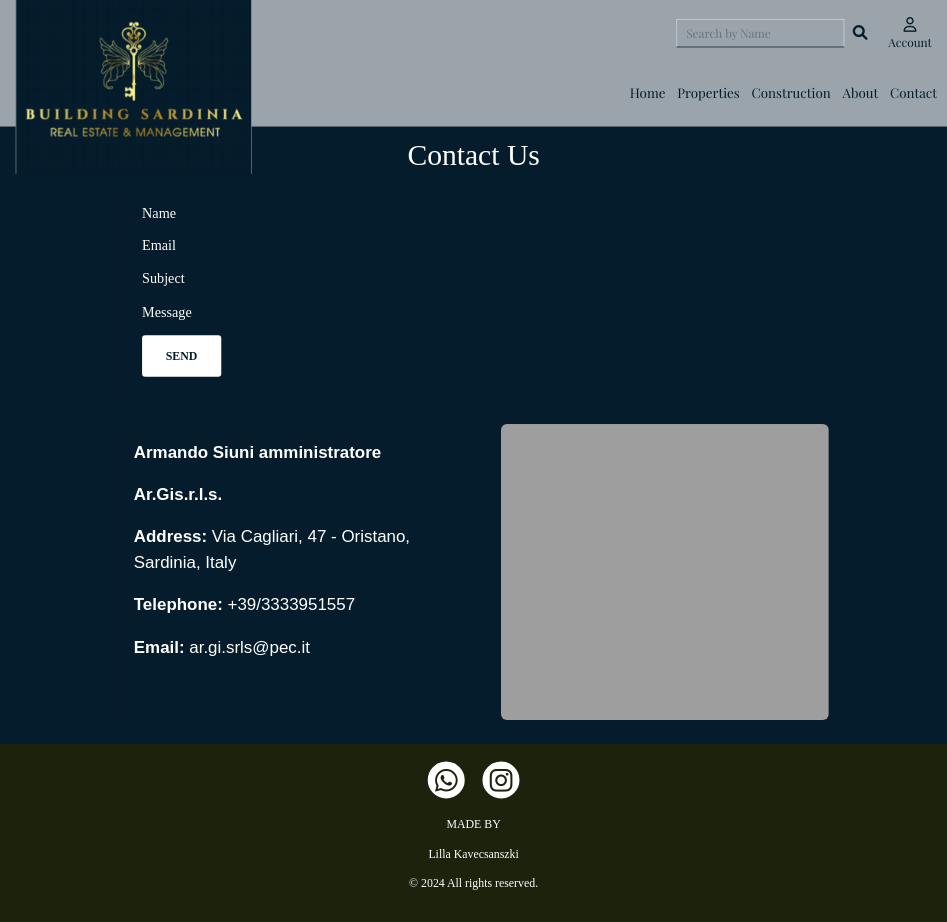
Repository: Lilla-Kavecsanszki/portfolio
Page: templates/contact.html
An editor plug-in stored every save of this project. The page is shown before and after the next save, followed by the edit.
The browser window is 1280 px wide. The pictures show the whole page, at 74% of full size.
Pictures or frames that could not be fetched are drawn as grey boxes. Some web fonts or font styles are not loaded; a fallback is used. The template is drawn by Django 3.2. The application's start-up code is not run. Other server files are loaded and not shown. The template is opened directly, without the code that normally fills it, so the values that code supplies are empty.

Above is the page before, as saved 2024-10-06 17:34:11.

### templates/contact.html
{% extends "base.html" %}
{% load static %}
{% load i18n %} <!-- Load translation tags -->

<!-- Extra CSS -->
{% block extra_css %}
<link rel="stylesheet" href="{% static 'css/contact.css' %}" />
{% endblock %}

{% block content %}
<div class="container">
    <section class="contact-container mirror-silver-background">
        <h1>{% trans "Contact Us" %}</h1>

    <!-- Display form errors -->
    {% if form.errors %}
        <div class="alert alert-danger">
            <strong>{% trans "Please correct the errors below:" %}</strong>
            <ul>
                {% for field in form %}
                    {% for error in field.errors %}
                        <li>{{ error }}</li>
                    {% endfor %}
                {% endfor %}
                {% for error in form.non_field_errors %}
                    <li>{{ error }}</li>
                {% endfor %}
            </ul>
        </div>
    {% endif %}

    <!-- Display success or error messages -->
    {% if messages %}
        <div class="alert alert-info">
            {% for message in messages %}
                <p>{{ message }}</p>
            {% endfor %}
        </div>
    {% endif %}

    <!-- Contact Form -->
    <div class="contact-form mirror-silver-background">
        <form method="post">
            {% csrf_token %}
            <!-- Name Field -->
            <div class="form-group">
                <label for="{{ form.name.id_for_label }}">{% trans "Name" %}</label>
                {{ form.name }}
                <span class="text-danger">{{ form.name.errors }}</span>
            </div>

            <!-- Email Field -->
            <div class="form-group">
                <label for="{{ form.email.id_for_label }}">{% trans "Email" %}</label>
                {{ form.email }}
                <span class="text-danger">{{ form.email.errors }}</span>
            </div>

            <!-- Subject Field -->
            <div class="form-group">
                <label for="{{ form.subject.id_for_label }}">{% trans "Subject" %}</label>
                {{ form.subject }}
                <span class="text-danger">{{ form.subject.errors }}</span>
            </div>

            <!-- Message Field -->
            <div class="form-group">
                <label for="{{ form.message.id_for_label }}">{% trans "Message" %}</label>
                {{ form.message }}
                <span class="text-danger">{{ form.message.errors }}</span>
            </div>

            <!-- Submit Button -->
            <button type="submit" class="btn btn-primary">{% trans "Send" %}</button>
        </form>
    </div>
</section>

<section>
    <!-- Office Information and Map Wrapper -->
    <div class="contact-details-map-wrapper">
        <!-- Office Information -->
        <div class="contact-details">
            <p><strong>Armando Siuni amministratore</strong></p>
            <p><strong>Ar.Gis.r.l.s.</strong></p>
            <p><strong>{% trans "Address:" %}</strong> Via Cagliari, 47 - Oristano, Sardinia, Italy</p>
            <p><strong>{% trans "Telephone:" %}</strong> +39/3333951557</p>
            <p><strong>{% trans "Email:" %}</strong> ar.gi.srls@pec.it</p>
        </div>

        <!-- Map -->
        <div class="map-container">
            <iframe
    src="https://www.google.com/maps/embed?pb=!1m18!1m12!1m3!1d12297.124960321248!2d8.58252955367728!3d39.90184306563145!2m3!1f0!2f0!3f0!3m2!1i1024!2i768!4f13.1!3m3!1m2!1s0x12c4bff05aaff4d7%3A0x8c017bf383d54b38!2sVia%20Cagliari%2C%2047%2C%2009170%20Oristano%20OR%2C%20Italy!5e0!3m2!1sen!2sus!4v1696570623345!5m2!1sen!2sus"
    width="600" height="450" style="border:0;" allowfullscreen="" loading="lazy"></iframe>
        </div>
    </div>
    </section>
</div>
{% endblock %}

### templates/includes/mobile-top-header.html
{% load i18n %}

<ul class="list-inline mb-0">
    <!-- User Options Dropdown -->
    <li class="list-inline-item dropdown">
        <a class="text-black nav-link d-block d-lg-none" href="#" id="user-options-mobile" data-toggle="dropdown" aria-haspopup="true" aria-expanded="false">
            <div class="text-center">
                {% if request.user.is_authenticated %}
                <div><i class="fa-solid fa-user fa-lg" style="color: #051c2c;"></i></div>
                <p class="my-0" style="color: #051c2c;">{{ request.user.username }}</p>
                {% else %}
                <div><i class="fa-regular fa-user fa-lg" style="color: #051c2c;"></i></div>
                <p class="my-0" style="color: #051c2c;">{% trans 'Account' %}</p>
                {% endif %}
            </div>
        </a>
        <div class="dropdown-menu dropdown-menu-center border-0" aria-labelledby="user-options-mobile">
            {% if request.user.is_authenticated %}
            {% if request.user.is_superuser %}
            <a href="{% url 'property_management' %}" class="dropdown-item">{% trans 'Property Management' %}</a>
            {% endif %}
            <a href="{% url 'user_profile' %}" class="dropdown-item">
                {% trans 'My Favourites' %}
                <i class="fas fa-star fa-star-base light-base"></i>
            </a>
            <a href="{% url 'account_logout' %}" class="dropdown-item">{% trans 'Logout' %}</a>
            {% else %}
            <a href="{% url 'account_signup' %}" class="dropdown-item">{% trans 'Register' %}</a>
            <a href="{% url 'account_login' %}" class="dropdown-item">{% trans 'Login' %}</a>
            {% endif %}
        </div>
    </li>

    <!-- Mobile Search Dropdown -->
    <li class="list-inline-item">
        <a class="text-black nav-link d-block d-lg-none" href="#" id="mobile-search" data-toggle="dropdown" aria-haspopup="true" aria-expanded="false">
            <div class="text-center">
                <div><i class="fas fa-search fa-lg" style="color: #051c2c;"></i></div>
                <p class="my-0" style="color: #051c2c;">{% trans 'Search' %}</p>
            </div>
        </a>
        <div class="dropdown-menu border-0 w-100 p-3 rounded-0 my-0" aria-labelledby="mobile-search">
            <form class="form" method="GET" action="{% url 'all_properties' %}">
                <div class="input-group w-100">
                    <input class="form-control border border-black rounded-0" type="text" name="q" placeholder="{% trans 'Search our site' %}" />
                    <div class="input-group-append">
                        <button class="form-control btn btn-black border border-black rounded-0" type="submit">
                            <span class="icon">
                                <i class="fas fa-search"></i>
                            </span>
                        </button>
                    </div>
                </div>
            </form>
        </div>
    </li>

    <!-- Mobile Language Dropdown -->
    <!-- Conditionally render the language dropdown only on the homepage -->
    {% if request.path == homepage_url or request.path == '/' %}
    <li class="list-inline-item dropdown">
        <a class="text-black nav-link d-block d-lg-none" href="#" id="mobile-language" data-toggle="dropdown" aria-haspopup="true" aria-expanded="false">
            <div class="text-center">
                <i class="fas fa-globe fa-lg" style="color: #051c2c;"></i>
                <p class="my-0" style="color: #051c2c;">{{ LANGUAGE_CODE|upper }}</p>
            </div>
        </a>
        <div class="dropdown-menu dropdown-menu-center border-0" aria-labelledby="mobile-language">
            <a href="#" class="dropdown-item {% if LANGUAGE_CODE == 'en' %}active{% endif %}" onclick="switchLanguage('en')">EN</a>
            <a href="#" class="dropdown-item {% if LANGUAGE_CODE == 'it' %}active{% endif %}" onclick="switchLanguage('it')">IT</a>
        </div>
    </li>
    {% endif %}
</ul>

### static/css/contact.css
body {
    font-family: "Cormorant Garamond", serif;
    background-color: #051c2c;
    color: white;
}

/* Container for Contact Page */
.container {
    padding: 2em;
    margin-top: 12%
}

/* Heading Styles */
h1, h2 {
    text-align: center;
    font-family: "Cinzel", serif;
}

/* Contact Form Styles */
.contact-form {
    background-color: #051c2c;
    padding: 2em;
    border-radius: 8px;
    box-shadow: 0 4px 8px #fff(0, 0, 0, 0.1);
    margin-bottom: 2em;
}

.contact-form label {
    display: block;
    font-size: 1.2em;
    margin-bottom: 0.5em;
    color: #fff;
}

.contact-form input,
.contact-form textarea {
    width: 100%;
    padding: 0.8em;
    margin-bottom: 1em;
    border: 1px solid #ddd;
    border-radius: 4px;
    font-size: 1.1em;
    font-weight: bold;
    box-sizing: border-box;
}

.contact-form input:focus {
    border-color: #fff;
    box-shadow: 0 0 0 3px rgba(221, 221, 221, 0.5);
}

.contact-form textarea {
    resize: vertical;
    height: 150px;
}

.contact-form button {
    background-color: #fff;
    color: #051c2c;
    font-weight: bolder;
    text-transform: uppercase;
    border: none;
    padding: 1em 2em;
    font-size: 1em;
    border-radius: 4px;
    cursor: pointer;
    transition: background-color 0.3s ease;
}

.contact-form button:hover {
    background-color: #051c2c;
    color: #fff;
    border: 1px, solid, #fff;
}

/* Office Details and Map Wrapper */
.contact-details-map-wrapper {
    display: flex;
    flex-wrap: wrap;
    gap: 2em;
}

/* Contact Details Section */
.contact-details {
    flex: 1;
    font-family: "Italiana", sans-serif;
    font-size: 1.3em;
    background-color: #051c2c;
    color: #fff;
    padding: 1em;
    border-radius: 8px;
    box-shadow: 0 4px 8px #fff(0, 0, 0, 0.1);
}

.contact-details h2 {
    font-family: "Cinzel", serif;
    margin-bottom: 1em;
}

.contact-details p {
    margin-bottom: 1em;
    font-size: 1.1em;
}

/* Map Container */
.map-container {
    flex: 1;
    height: 400px;
}

.map-container iframe {
    width: 100%;
    height: 100%;
    border: none;
    border-radius: 8px;
}

/* Responsive Styles */
@media (max-width: 768px) {
    .contact-form input,
    .contact-form textarea {
        font-size: 0.9em;
    }

    .contact-form button {
        font-size: 0.9em;
        padding: 0.8em 1.5em;
    }

    .contact-details-map-wrapper {
        flex-direction: column;
        gap: 1em;
    }
}

Loaded but not shown: static/css/base.css (752 lines, source omitted); templates/base.html (260 lines, source omitted)

After the next save:
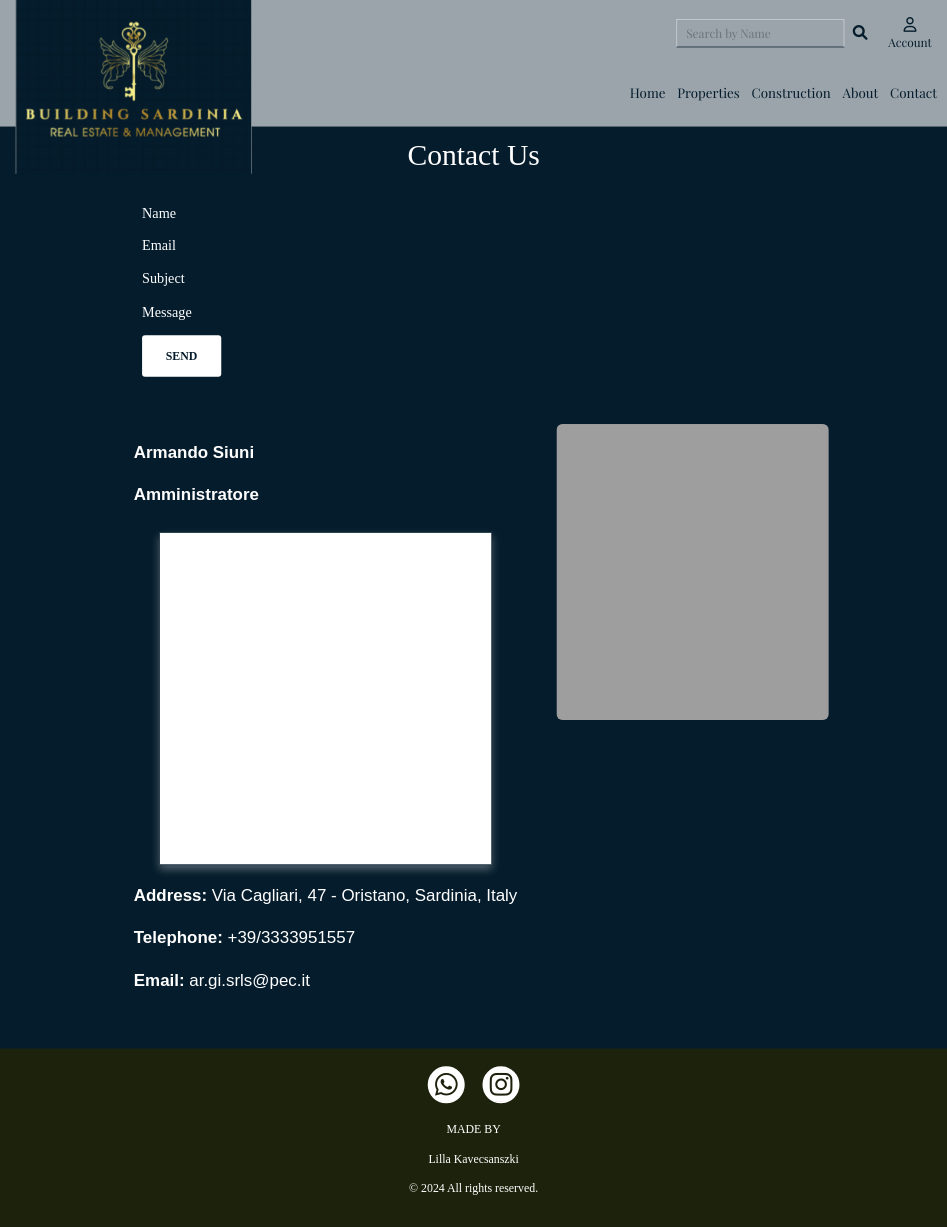
Saved 2 min 50 s later.
--- a/templates/contact.html
+++ b/templates/contact.html
@@ -80,13 +80,17 @@
     <!-- Office Information and Map Wrapper -->
     <div class="contact-details-map-wrapper">
         <!-- Office Information -->
-        <div class="contact-details">
-            <p><strong>Armando Siuni amministratore</strong></p>
-            <p><strong>Ar.Gis.r.l.s.</strong></p>
-            <p><strong>{% trans "Address:" %}</strong> Via Cagliari, 47 - Oristano, Sardinia, Italy</p>
-            <p><strong>{% trans "Telephone:" %}</strong> +39/3333951557</p>
-            <p><strong>{% trans "Email:" %}</strong> ar.gi.srls@pec.it</p>
+        <div class="contact-details-card">
+            <div class="contact-details">
+                <p class="name"><strong>Armando Siuni</strong></p>
+                <p class="title"><strong>Amministratore</strong></p>
+                <p class="company"><strong>Ar.Gis.r.l.s.</strong></p>
+                <p><strong>{% trans "Address:" %}</strong> Via Cagliari, 47 - Oristano, Sardinia, Italy</p>
+                <p><strong>{% trans "Telephone:" %}</strong> +39/3333951557</p>
+                <p><strong>{% trans "Email:" %}</strong> ar.gi.srls@pec.it</p>
+            </div>
         </div>
+
 
         <!-- Map -->
         <div class="map-container">

After the save that followed:
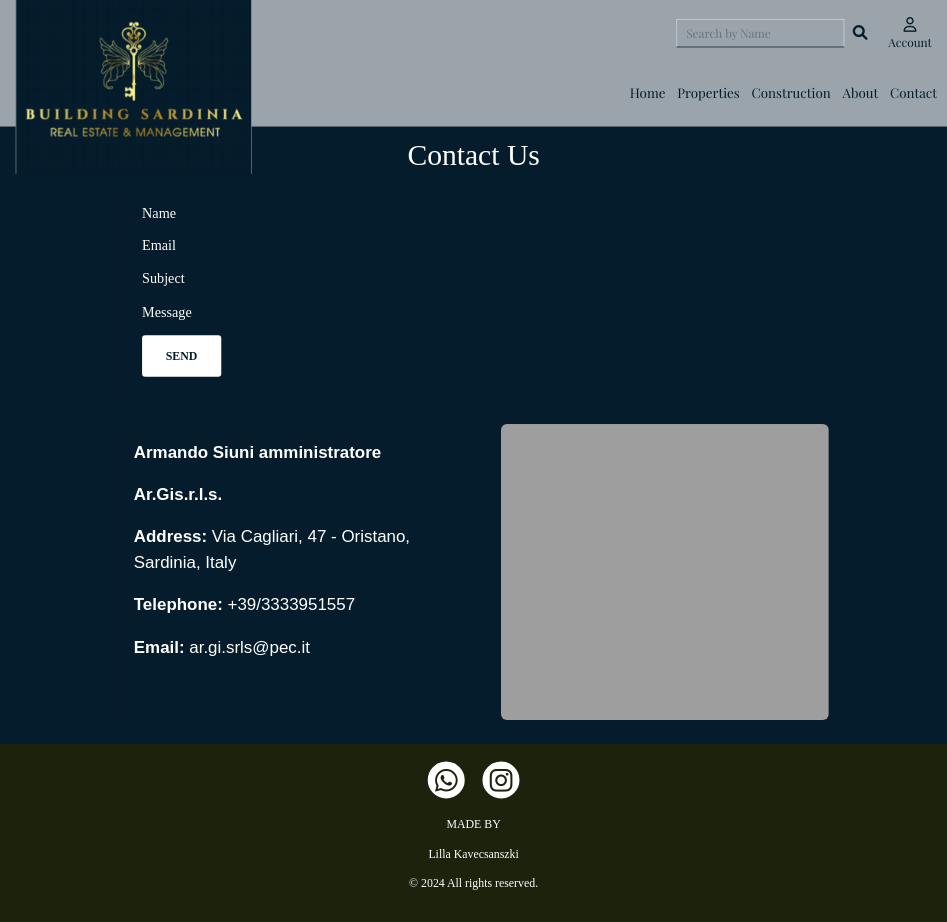
Saved 3 min 39 s later.
--- a/templates/contact.html
+++ b/templates/contact.html
@@ -80,17 +80,13 @@
     <!-- Office Information and Map Wrapper -->
     <div class="contact-details-map-wrapper">
         <!-- Office Information -->
-        <div class="contact-details-card">
-            <div class="contact-details">
-                <p class="name"><strong>Armando Siuni</strong></p>
-                <p class="title"><strong>Amministratore</strong></p>
-                <p class="company"><strong>Ar.Gis.r.l.s.</strong></p>
-                <p><strong>{% trans "Address:" %}</strong> Via Cagliari, 47 - Oristano, Sardinia, Italy</p>
-                <p><strong>{% trans "Telephone:" %}</strong> +39/3333951557</p>
-                <p><strong>{% trans "Email:" %}</strong> ar.gi.srls@pec.it</p>
-            </div>
+        <div class="contact-details">
+            <p><strong>Armando Siuni amministratore</strong></p>
+            <p><strong>Ar.Gis.r.l.s.</strong></p>
+            <p><strong>{% trans "Address:" %}</strong> Via Cagliari, 47 - Oristano, Sardinia, Italy</p>
+            <p><strong>{% trans "Telephone:" %}</strong> +39/3333951557</p>
+            <p><strong>{% trans "Email:" %}</strong> ar.gi.srls@pec.it</p>
         </div>
-
 
         <!-- Map -->
         <div class="map-container">
